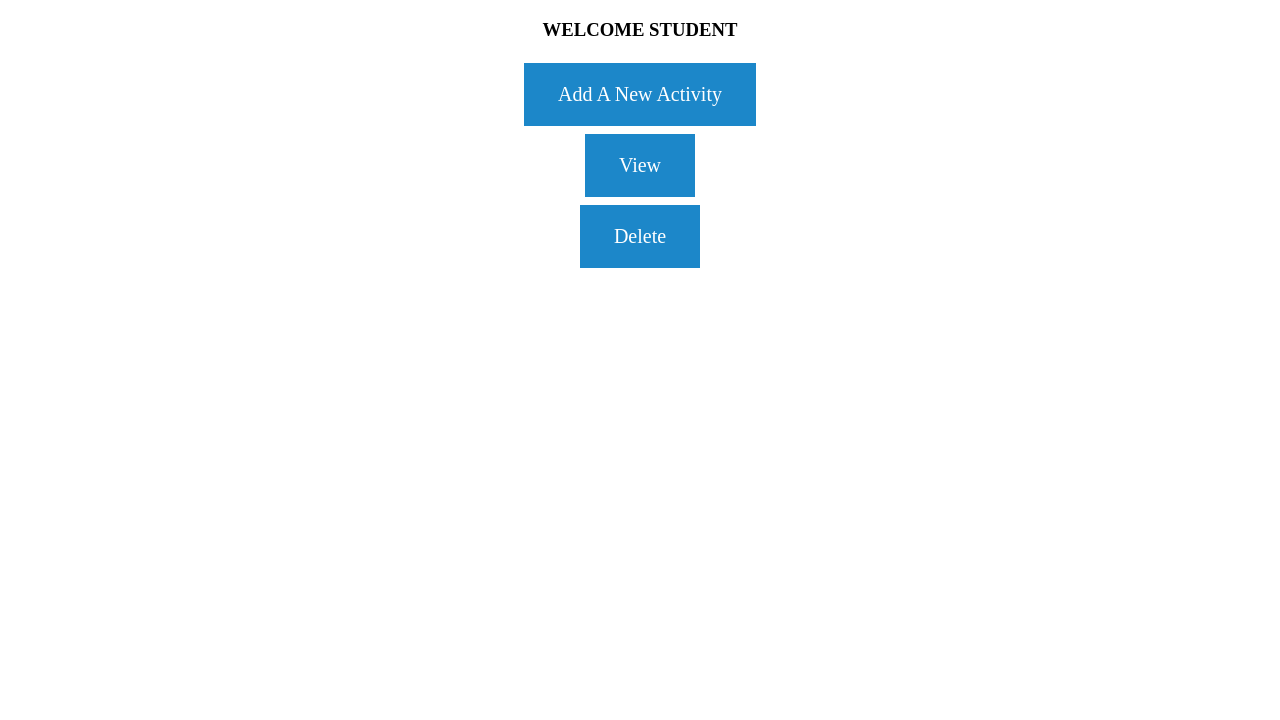
Repository: Malz6/DBMS-ActivityTracking
Page: dbs/WebContent/studentch.html
These files come from the project's save history. The page is drawn as it stood at one moment and after the next save; the edit follows.
The browser window is 1280 px wide. The pictures show the whole page.

Above is the page before, as saved 2019-12-12 13:26:56.

After the next save:
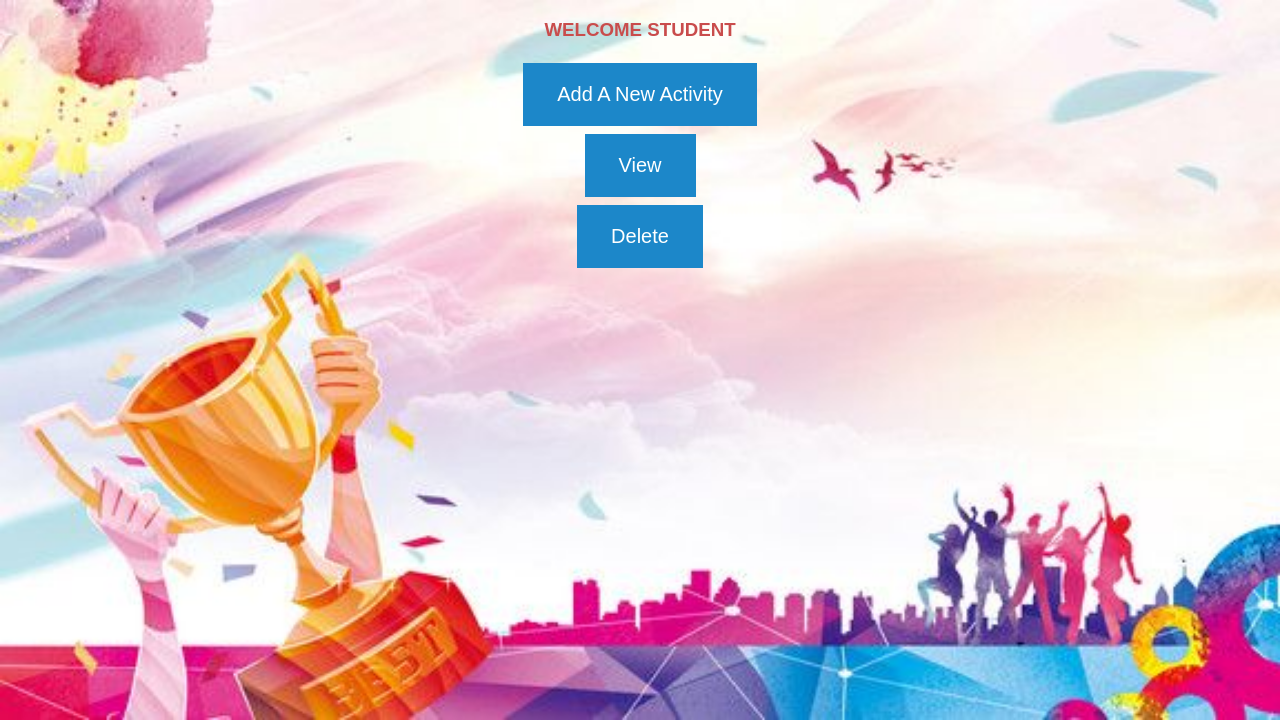
Saved 3 min 19 s later.
--- a/dbs/WebContent/studentch.html
+++ b/dbs/WebContent/studentch.html
@@ -3,6 +3,15 @@
    <head>
       <title>student update</title>
       <style>
+      body
+		{
+			font-family: Arial, Helvetica, sans-serif;
+			background-image: url('4.jpg');
+		  	background-repeat: no-repeat;
+		 	background-attachment: fixed;
+		 	background-size: cover;
+		 	color: rgb(201, 76, 76);
+		}
          .button {
          background-color: #1c87c9;
          border: none;
